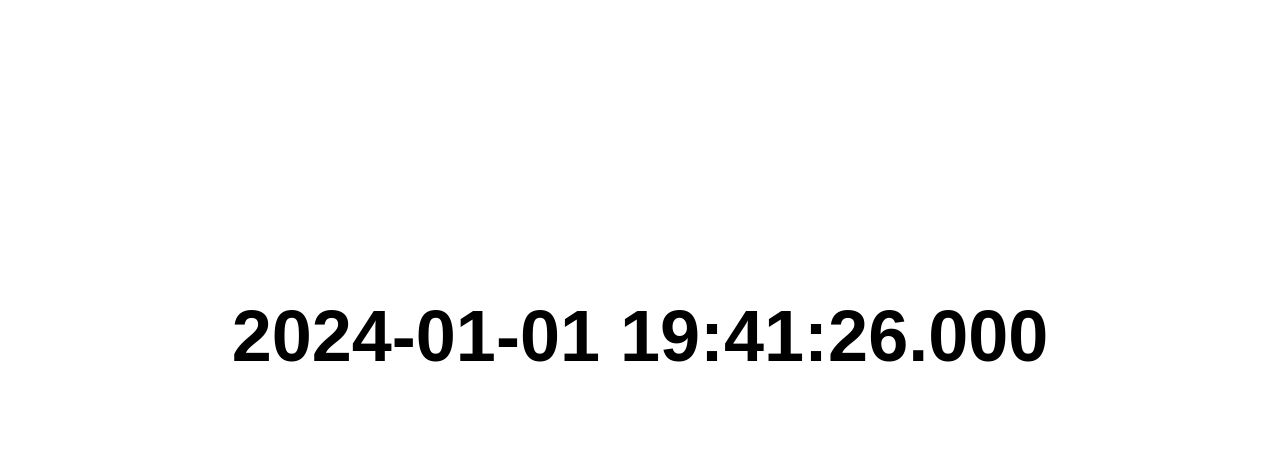
Repository: end888160/end888160.github.io
Page: clock.html
These files come from the project's save history. The page is drawn as it stood at one moment and after the next save; the edit follows.
The browser window is 1280 px wide. The pictures show the whole page.

Above is the page before, as saved 2024-09-22 01:23:23.

After the next save:
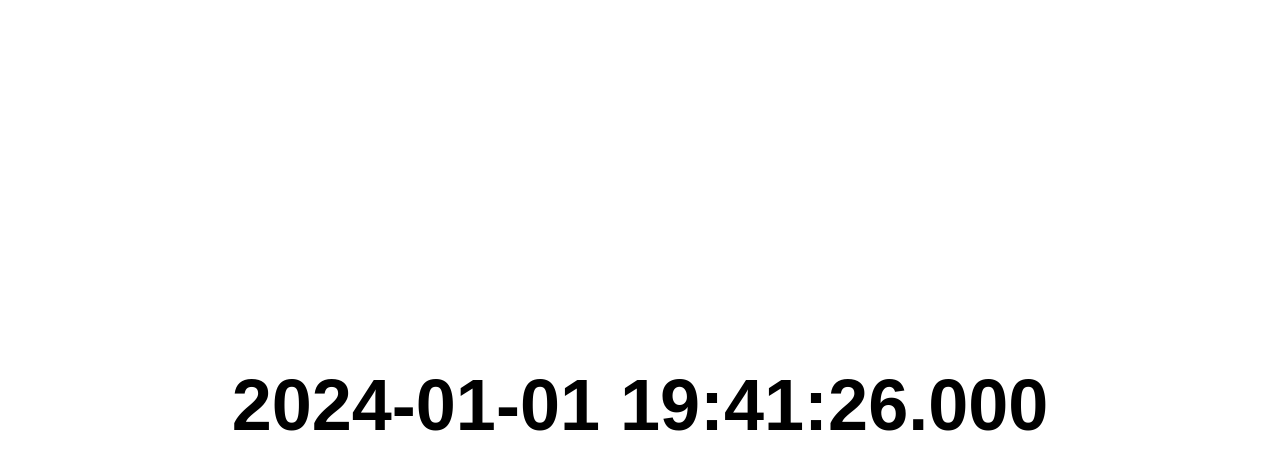
Saved 10 min 9 s later.
--- a/clock.html
+++ b/clock.html
@@ -9,9 +9,10 @@
 		text-align-last: center;
 		justify-content: center;
 		display: flex;
-		height: 80vh;
+		padding-top: 25%;
 		align-items: center;
 		font-size: 72px;
+		align-items: center;
 		font-family: Arial, Helvetica, "Noto Sans", sans-serif;
 
 	}
